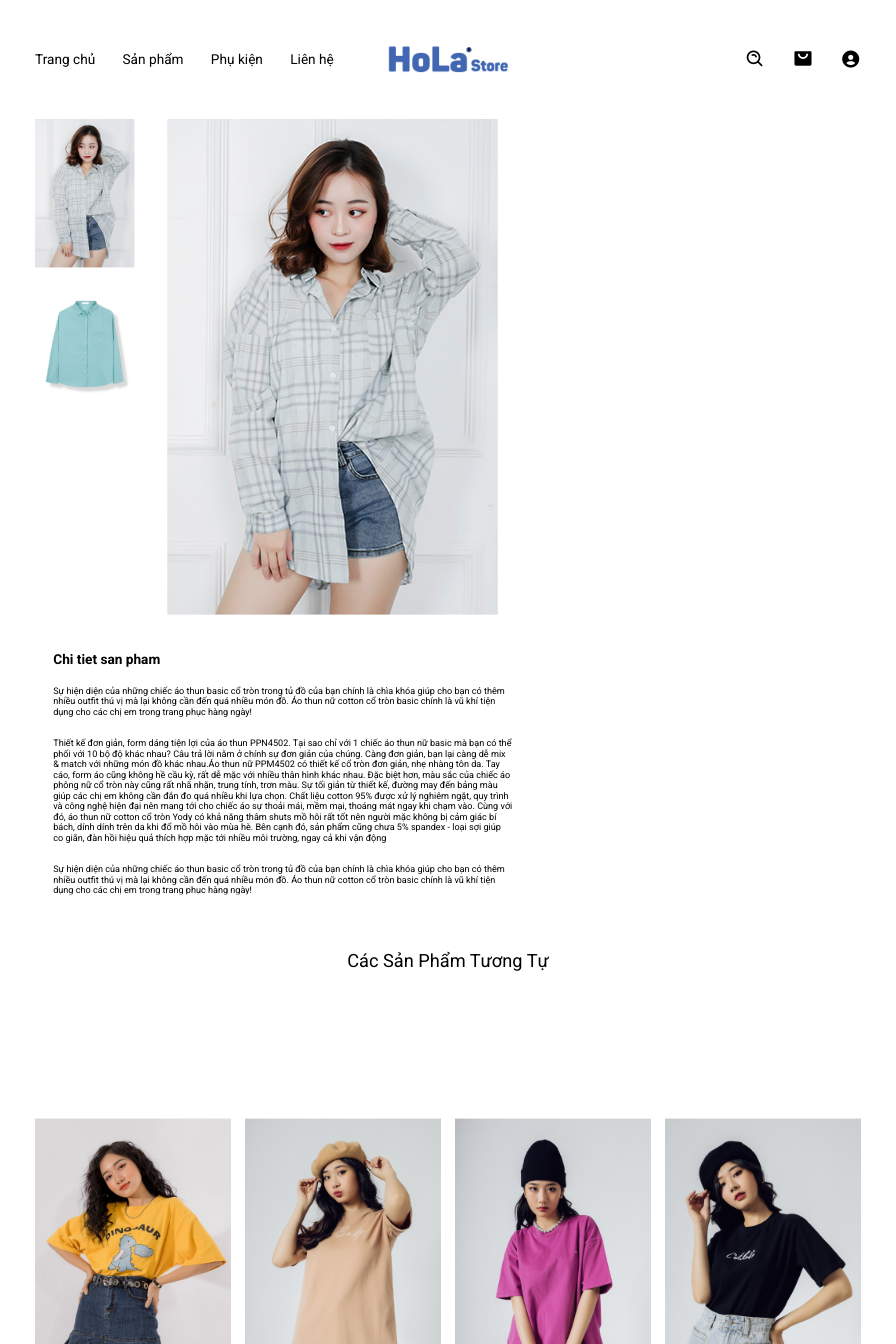
Repository: eric-nguyen-fe/Hola-ecommerce
Page: /catalog/ao-somi-caro-07
These files come from the project's save history. The page is drawn as it stood at one moment and after the next save; the edit follows.
The browser window is 1280 px wide. The pictures show the part of the page from y = 0 to 1920 px (the page is 4131 px tall), at 70% of full size.
The project was rebuilt for these pictures with package versions that can differ from the ones it lists, and the page was loaded fresh each time. Also part of the build but not shown: src/components/HeroSlider.jsx, src/components/PolicyCard.jsx, src/assets/fake-data/hero-slider.js, src/assets/fake-data/policy.js, src/pages/Home.jsx, src/components/CheckBox.jsx, src/assets/fake-data/category.js, src/assets/fake-data/product-color.js and 4 more.

Above is the page before, as saved 2021-12-10 12:19:40.

After the next save:
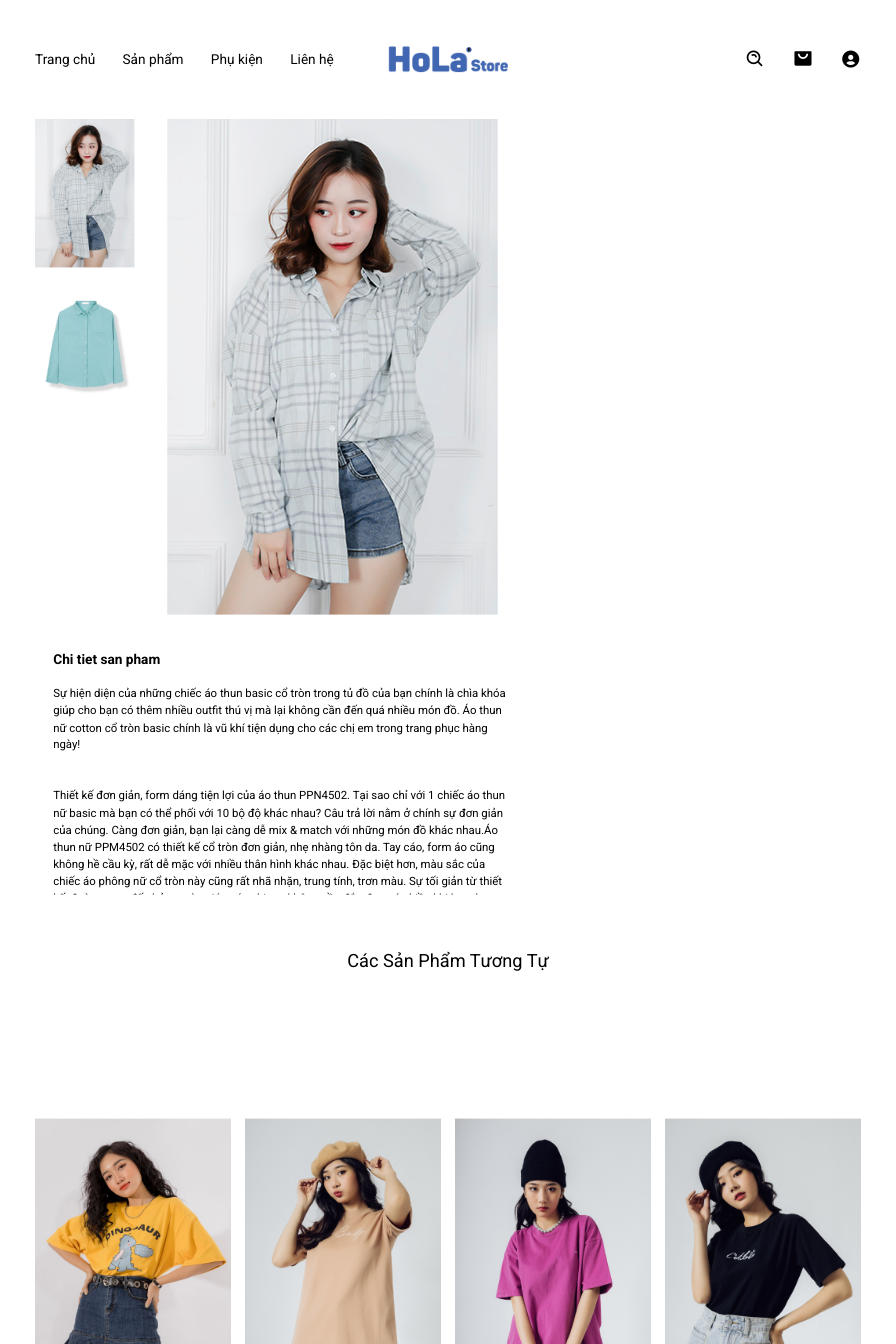
Saved 29 s later.
--- a/src/scss/components/_product.scss
+++ b/src/scss/components/_product.scss
@@ -46,4 +46,10 @@
         font-weight: 600;
         margin: 2rem 0;
     }
+
+    &__content {
+        font-size: 1.25rem;
+        line-height: 1.875rem;
+
+    }
 }
